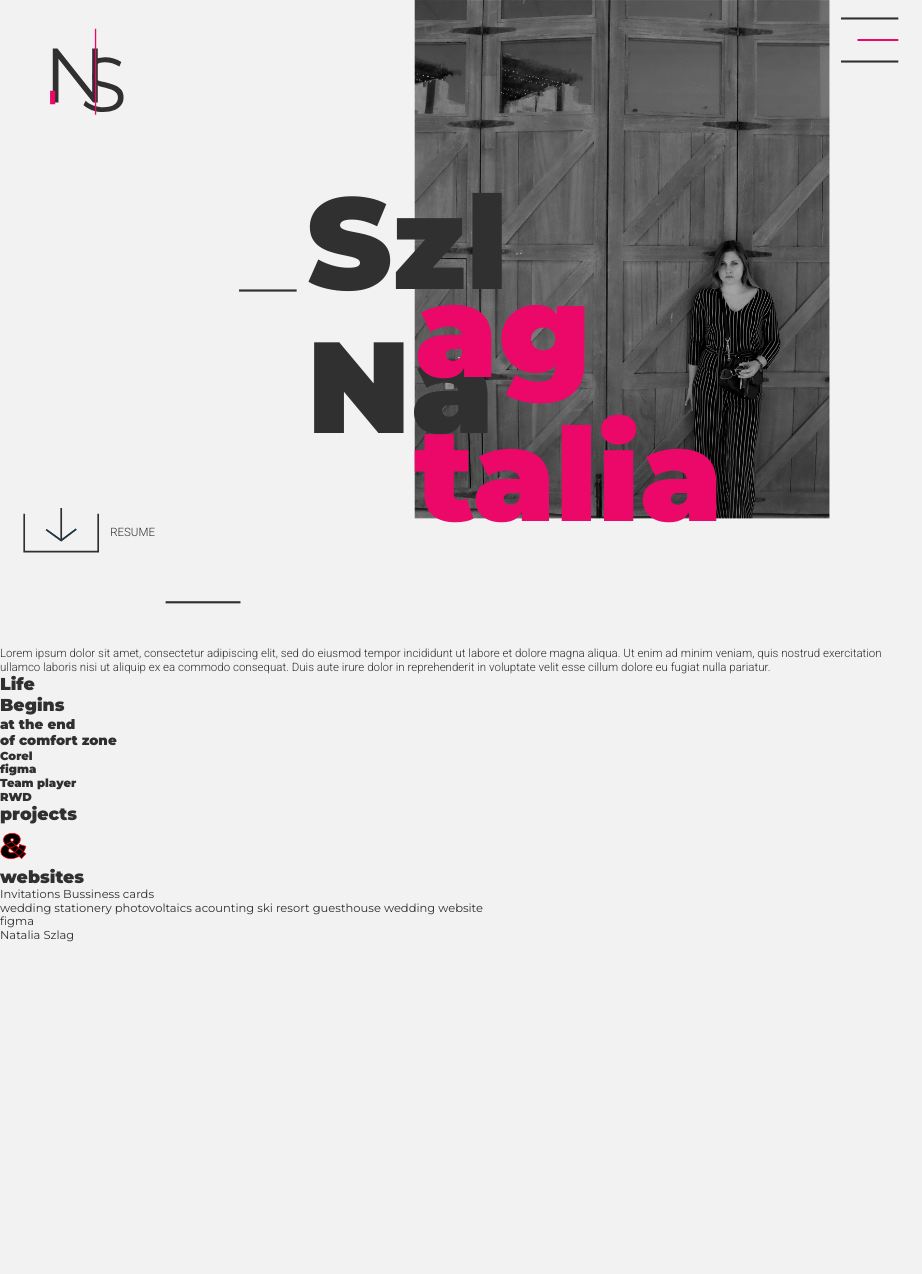
Repository: nataliaszlag/portfolio3
Page: index.html
These files come from the project's save history. The page is drawn as it stood at one moment and after the next save; the edit follows.
The browser window is 1280 px wide. The pictures show the whole page, at 72% of full size.
The style sheet was rebuilt from its Sass, Less or Tailwind sources for each picture, by a compiler version that may differ from the author's.

Above is the page before, as saved 2020-09-26 20:17:55.

After the next save:
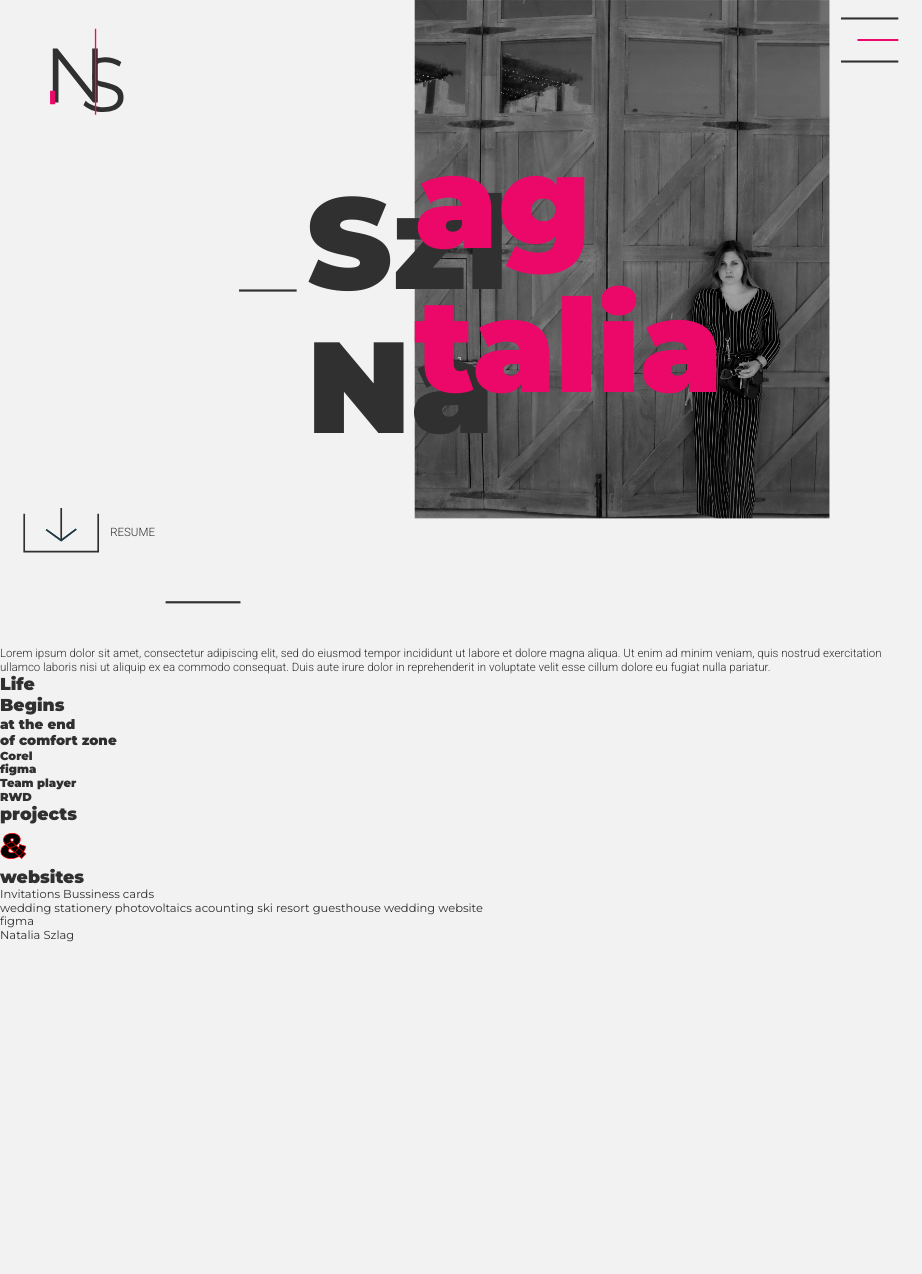
Saved 34 s later.
--- a/scss/style.scss
+++ b/scss/style.scss
@@ -71,7 +71,7 @@ body{
 .h1-name-2{
     position: absolute;
     left: 45%;
-    top:50%;
+    top:25%;
     display: inline-block;
     font-weight: 900;
     font-size: 180px;
